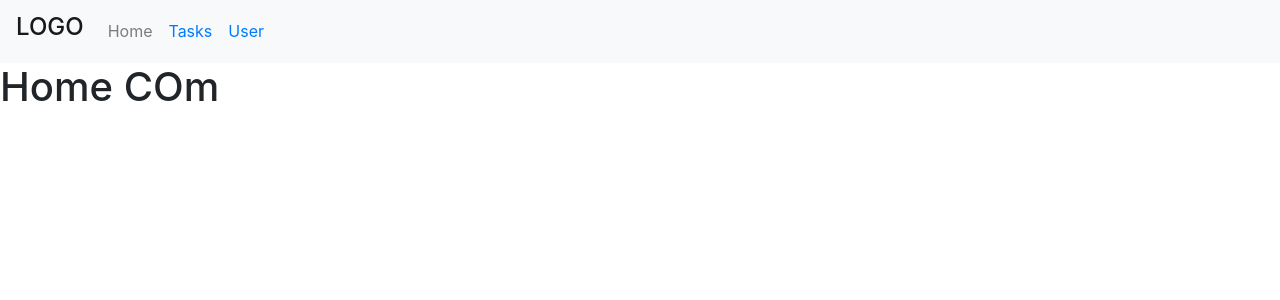
Repository: lalji-yadav/Nimapinfotech-demo-project
Page: /
The author's editor kept a copy of each file at every save. The page is drawn from the files as they stood at one save, then again after the next save.
The browser window is 1280 px wide. The pictures show the whole page.
The project was rebuilt for these pictures with package versions that can differ from the ones it lists, and the page was loaded fresh each time. Also part of the build but not shown: src/App.css, src/components/Tasks.js, src/components/Users.js, src/components/Login.js.

Above is the page before, as saved 2021-01-16 17:46:28.

### src/App.js
import './App.css';
import Navbar from "./components/Navbars";
import Login from "./components/Login";


function App() {
  return (
    <div>

    {/* <Login /> */}
    <Navbar />
    </div>
  );
}

export default App;

### src/components/Navbars.js
import React from 'react';
import { Navbar,Nav,NavDropdown,Form,FormControl ,Button } from 'react-bootstrap';
import {
  BrowserRouter as Router,
  Switch,
  Route,
  Link
} from "react-router-dom";

import Home from "./Home";
import Tasks from "./Tasks";
import User from "./Users";


const Navbars=()=> {
        return (
            <div>

              <Router>
                  <Navbar bg="light" expand="lg">
                      <Navbar.Brand> <h4>LOGO</h4></Navbar.Brand>
                      <Navbar.Toggle aria-controls="basic-navbar-nav" />
                      <Navbar.Collapse id="basic-navbar-nav">
                        {/* <Nav variant="pills" defaultActiveKey="/home">
                          <Nav.Link> <Link to="/">Home</Link> </Nav.Link>
                          <Nav.Link> <Link to="/tasks">Tasks</Link> </Nav.Link>
                          <Nav.Link> <Link to="/user">User</Link> </Nav.Link>

                        </Nav> */}

<Nav variant="pills" defaultActiveKey="/home">
  <Nav.Item>
    <Nav.Link href="/home" eventKey="link-0">Home </Nav.Link>
  </Nav.Item>
  <Nav.Item>
    <Nav.Link eventKey="link-1"> <Link to="/tasks"> Tasks </Link> </Nav.Link>
  </Nav.Item>
  <Nav.Item>
    <Nav.Link eventKey="link-2">
    <Link to="/user"> User </Link>
    </Nav.Link>
  </Nav.Item>
</Nav>
                      </Navbar.Collapse>
                    </Navbar>


                    <Switch>
                      <Route exact path="/" component={Home} />

                      <Route exact path="/user" component={User} />

                      <Route exact path="/tasks" component={Tasks} />

                    </Switch>
             </Router>

            </div>
        );
    }

export default Navbars;

### src/components/Home.js
import React from 'react';

const Home=()=> {

        return (
            <div>
                <h1>Home COm</h1>

            </div>
        );
    }

export default Home;

Loaded but not shown: public/index.html (common file); src/index.js (common file); src/index.css (common file); src/reportWebVitals.js (common file); src/App.css (no copy from this time; the picture is the same without it)

After the next save:
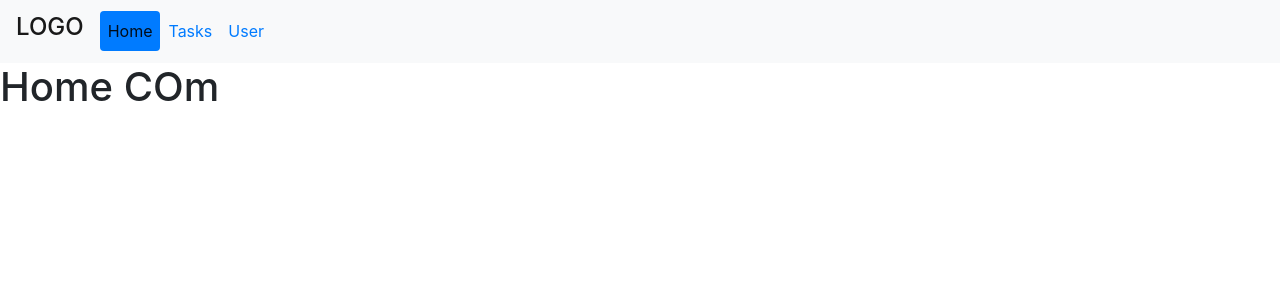
Saved 82 s later.
--- a/src/components/Navbars.js
+++ b/src/components/Navbars.js
@@ -30,7 +30,7 @@ const Navbars=()=> {
 
 <Nav variant="pills" defaultActiveKey="/home">
   <Nav.Item>
-    <Nav.Link href="/home" eventKey="link-0">Home </Nav.Link>
+    <Nav.Link href="/home">Home </Nav.Link>
   </Nav.Item>
   <Nav.Item>
     <Nav.Link eventKey="link-1"> <Link to="/tasks"> Tasks </Link> </Nav.Link>
